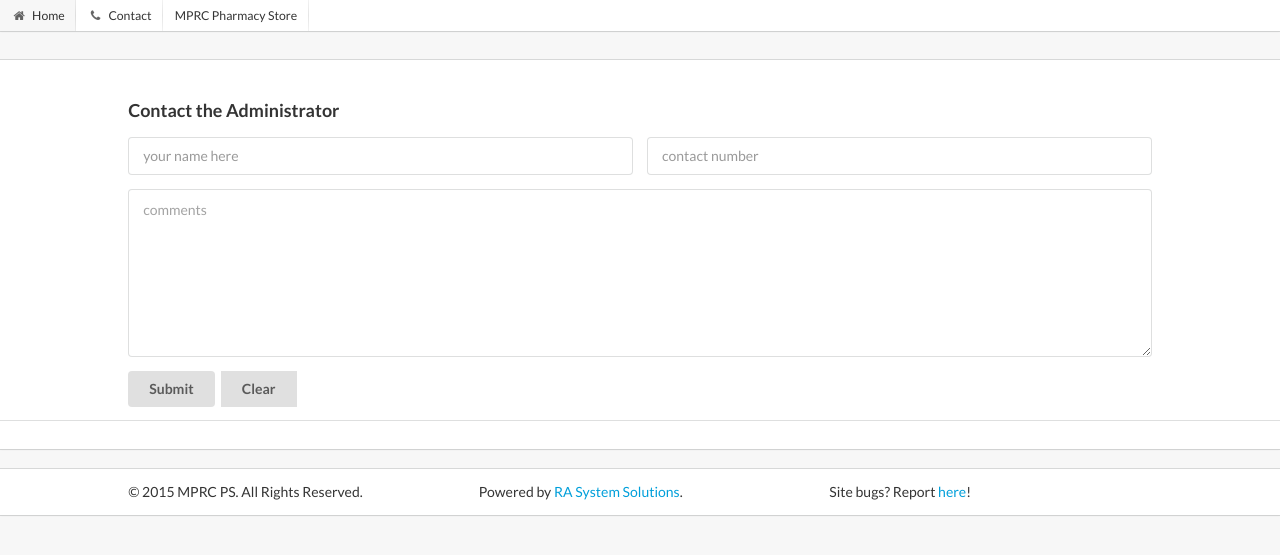
Repository: thdrwngkd/oims
Page: public/contact.html
The author's editor kept a record of every edit. The page is drawn from the files as they stood at one moment, then again after the next edit.
The browser window is 1280 px wide. The pictures show the whole page.

Above is the page before.

After the next edit:
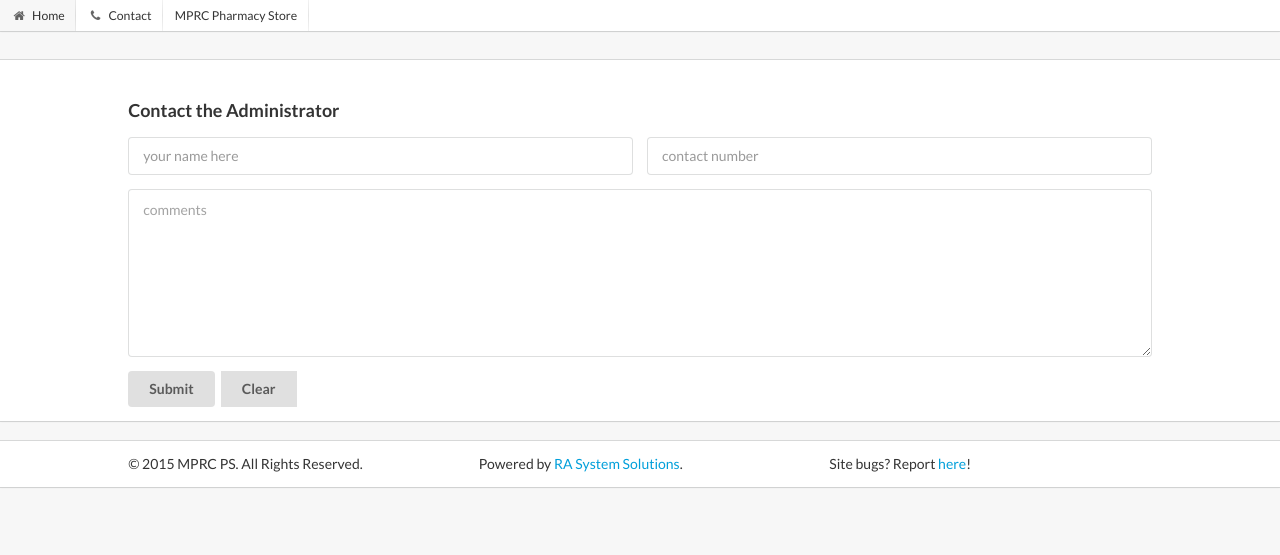
The edit:
--- a/public/contact.html
+++ b/public/contact.html
@@ -62,15 +62,6 @@
         </div>
       </div>
     </section>
-    <section class="ui center segment clear">
-      <div class="ui page grid">
-        <div class="row">
-          <div class="column">
-
-          </div>
-        </div>
-      </div>
-    </section>
     <!-- End    Section -->
     <div class="clear height twenty pixels"></div>
     <!-- Start  About Section -->
